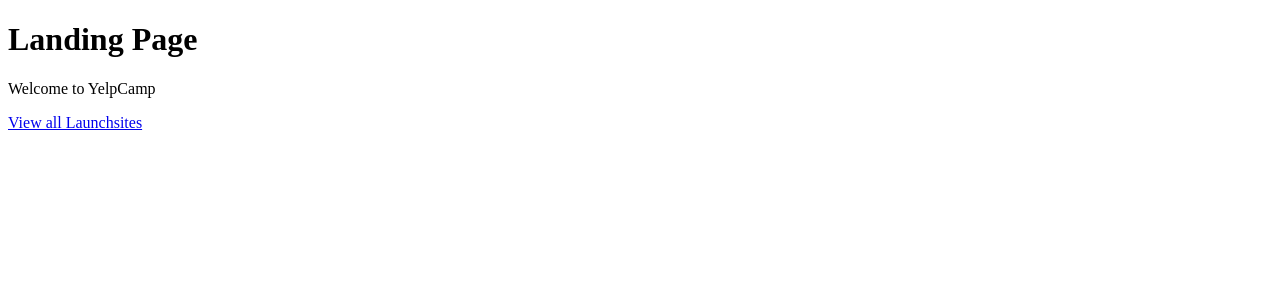
Repository: Oscar6/Udemy-workspace
Page: http://localhost/
The author's editor kept a record of every edit. The page is drawn from the files as they stood at one moment, then again after the next edit.
The browser window is 1280 px wide. The pictures show the whole page.
The page is served by the project's Node server (YelpCamp/v1/app.js).

Above is the page before.

### YelpCamp/v1/views/landing.ejs
<% include partials/header %>
<h1>Landing Page</h1>

<p>Welcome to YelpCamp</p>

<a href="/launchsite">View all Launchsites</a>

<% include partials/footer %>

### YelpCamp/v1/views/partials/header.ejs
<!DOCTYPE html>
<html>
    <head>
        <title>YelpCamp</title>
    </head>
    <body>

### YelpCamp/v1/app.js
var express = require("express");
var app = express();
var bodyParser = require("body-parser");

app.use(bodyParser.urlencoded({extended: true}));
app.set("view engine", "ejs");

var launchsite = [
        {name: "NASA", image: "https://www.nasa.gov/sites/all/themes/custom/nasatwo/images/nasa-logo.svg"},
        {name: "SpaceX", image: "https://botw-pd.s3.amazonaws.com/styles/logo-thumbnail/s3/042015/spacerx-logo_0.png?itok=SshEXNNF"},
        {name: "Tesla", image: "https://electrek.files.wordpress.com/2016/06/tesla-model-x-promo-shot-3-2.jpg?quality=82&strip=all&w=290&h=145&crop=1"},
    ];

app.get("/", function(req, res){
    res.render("landing");
});

app.get("/launchsite", function(req, res){
    res.render("launchsite", {launchsite: launchsite});
});

app.post("/launchsite", function(req, res){
    // get data from form and add to launchsite array
    var name = req.body.name;
    var image = req.body.image;
    var newLaunchsite = {name: name, image: image}
    launchsite.push(newLaunchsite);
    // redirect back to launchsite page
    res.redirect("/launchsite");
});

app.get("/launchsite/new", function(req,res){
    res.render("new.ejs");
});

app.listen(process.env.PORT, process.env.IP, function(){
    console.log("YelpCamp is running");
});

Loaded but not shown: YelpCamp/v1/views/partials/footer.ejs (common file)

After the next edit:
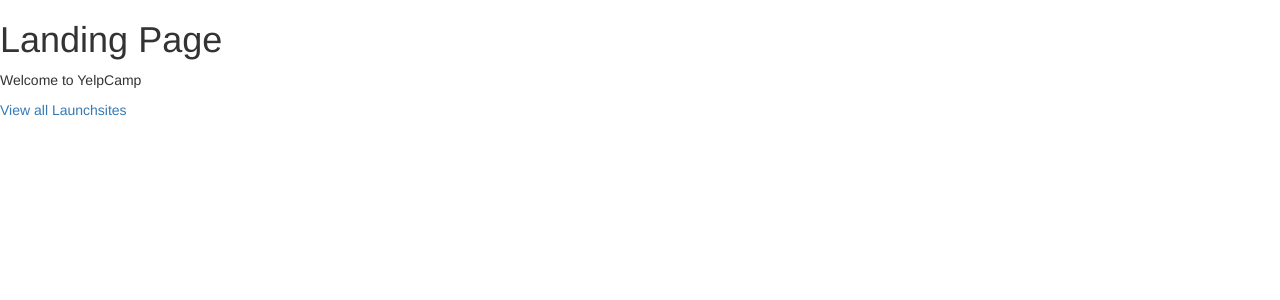
The edit:
--- a/YelpCamp/v1/views/partials/header.ejs
+++ b/YelpCamp/v1/views/partials/header.ejs
@@ -2,5 +2,6 @@
 <html>
     <head>
         <title>YelpCamp</title>
+        <link rel="stylesheet" href="https://maxcdn.bootstrapcdn.com/bootstrap/3.3.5/css/bootstrap.min.css">
     </head>
     <body>
